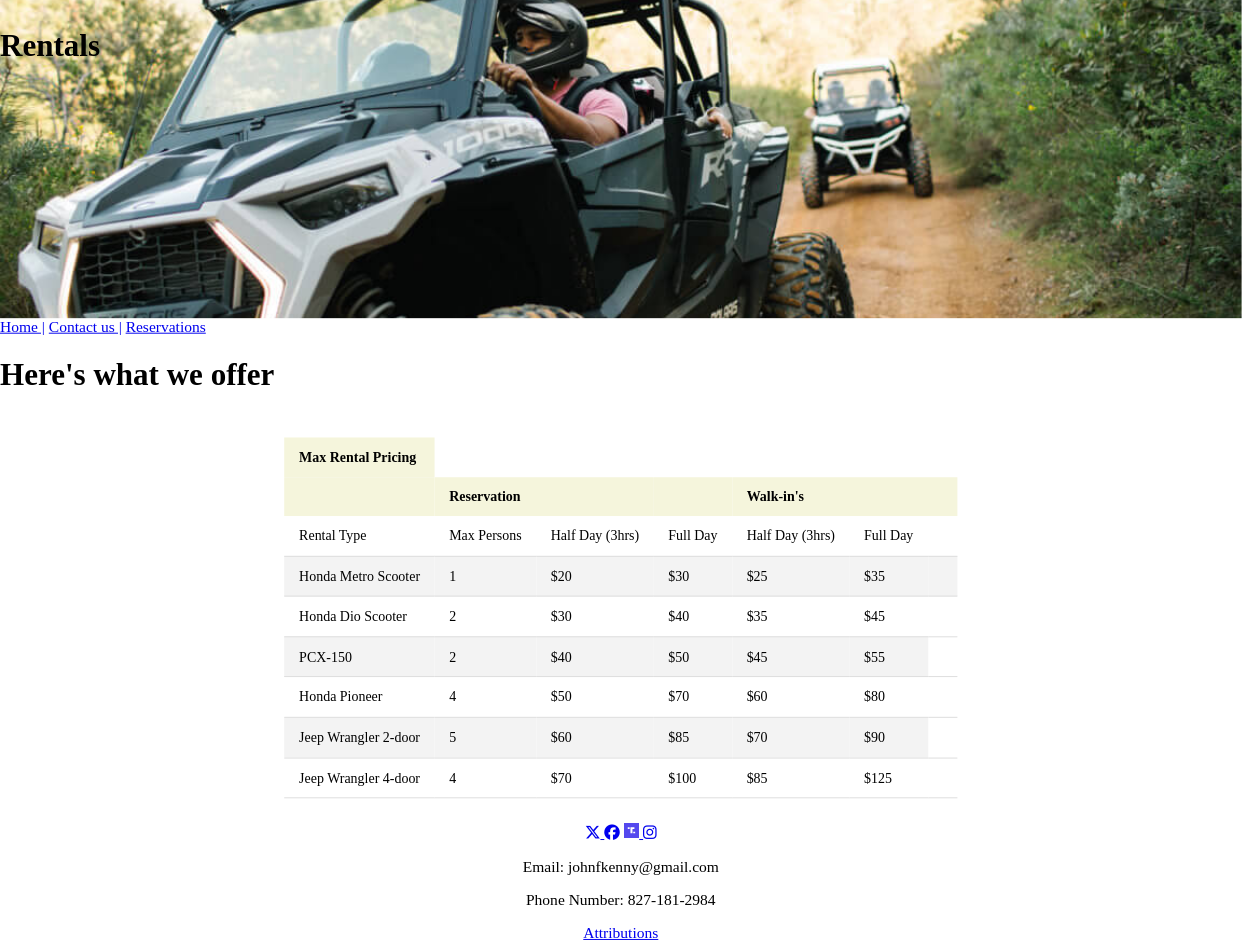
Repository: nak97/WDD230
Page: scoots/rentals-page/rentals-page.html
An editor plug-in stored every save of this project. The page is shown before and after the next save, followed by the edit.
The browser window is 1280 px wide. The pictures show the whole page, at 97% of full size.
Some web libraries are served in a nearby version.

Above is the page before, as saved 2023-12-11 17:36:59.

After the next save:
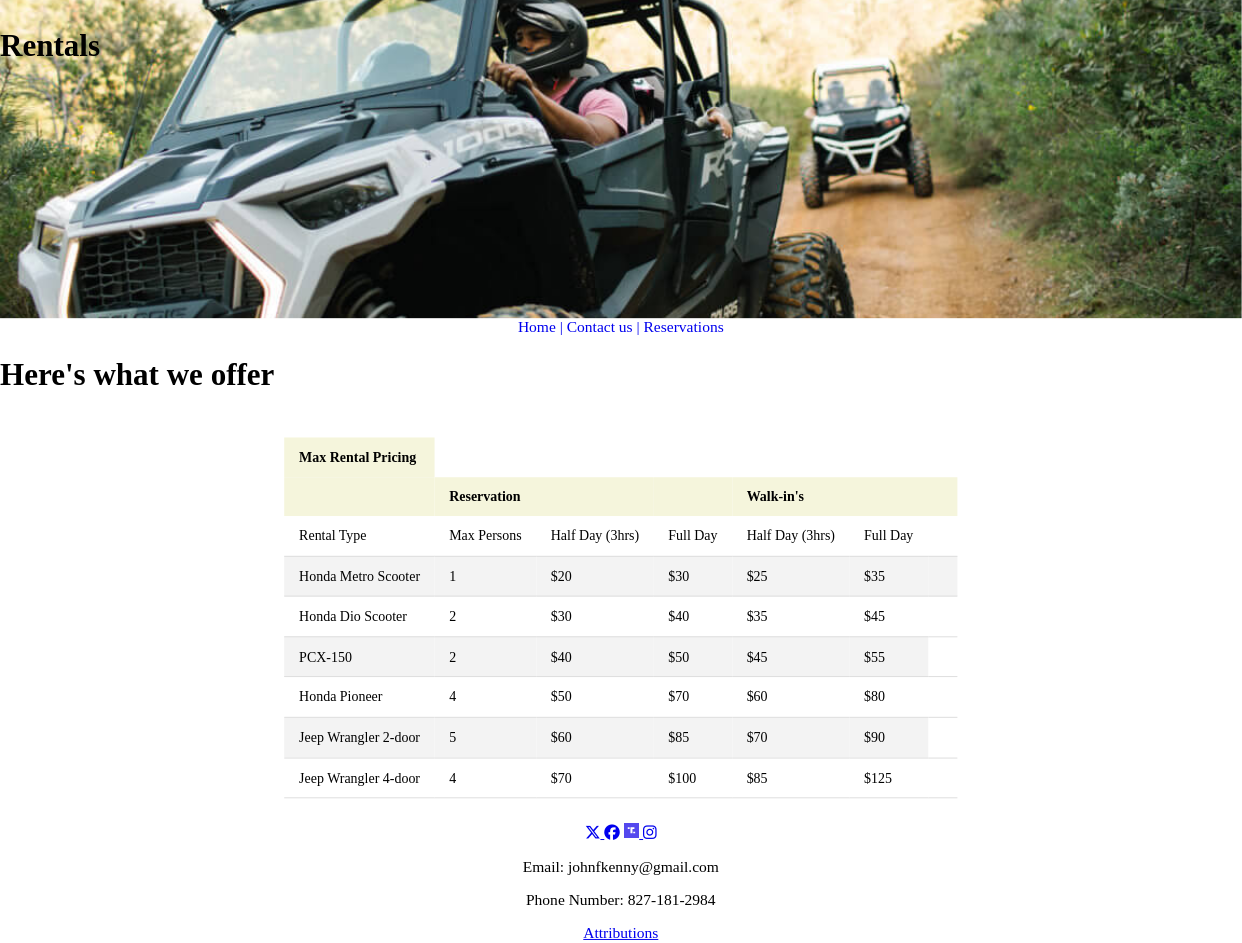
Saved 60 s later.
--- a/scoots/rentals-page/styles/base.css
+++ b/scoots/rentals-page/styles/base.css
@@ -9,6 +9,13 @@ header {
 }
 
 
+nav {
+  text-align: center;
+}
+
+nav a {
+  text-decoration: none;
+}
 .content-table {
   border-collapse: collapse;
   margin: 25px 0;
